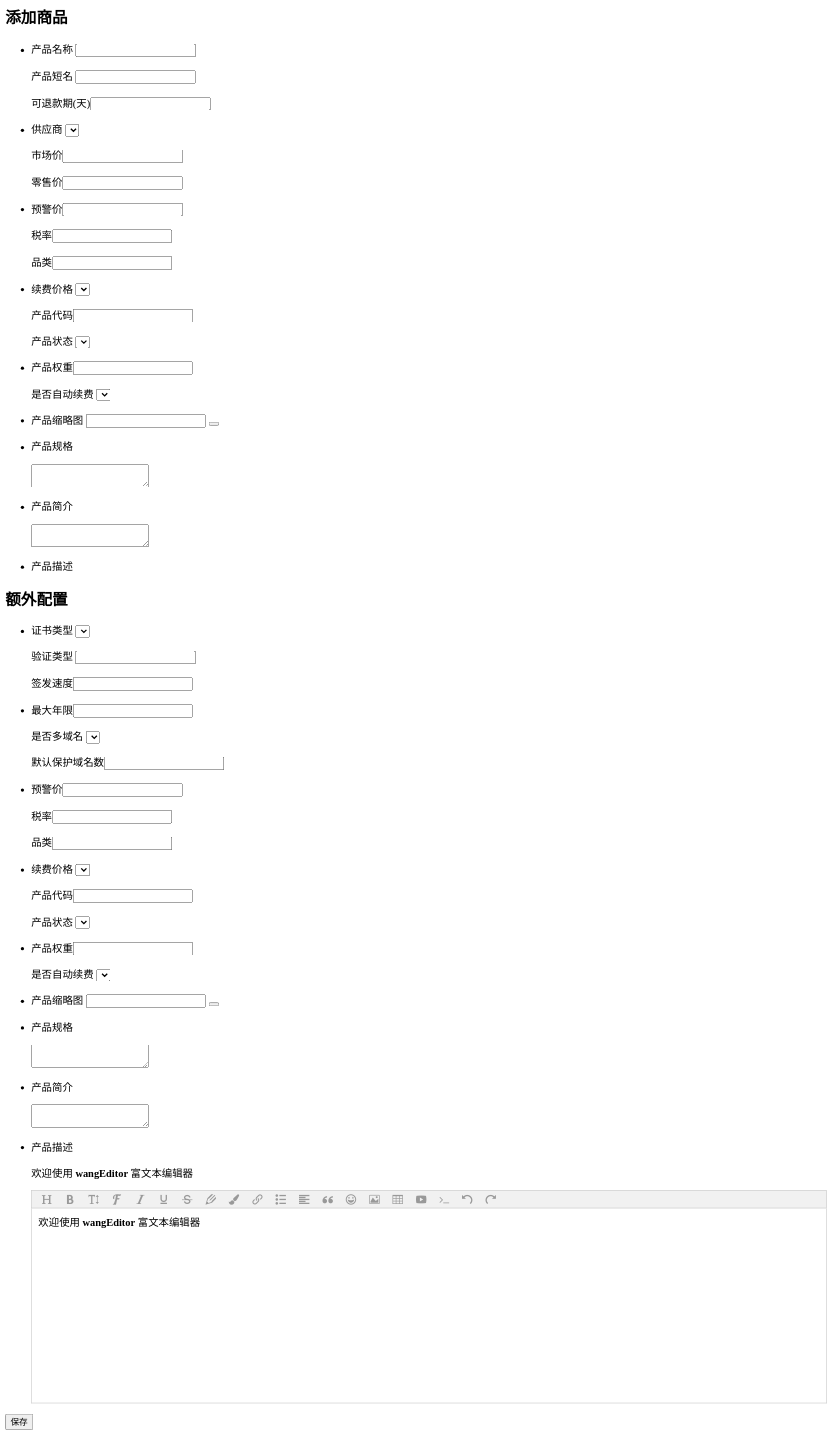
Repository: wangyan466393/racentSystem
Page: addProduct.html
These files come from the project's save history. The page is drawn as it stood at one moment and after the next save; the edit follows.
The browser window is 1280 px wide. The pictures show the whole page, at 65% of full size.

Above is the page before, as saved 2020-08-19 21:48:10.

### addProduct.html
<div id="content_box">
    <h2>添加商品</h2>
    <div class="config_box">
        <div class="price_content">
            <ul>
                <li>
                    <p>
                        <span>产品名称</span>
                        <input type="text" >
                    </p>
                    <p>
                        <span>产品短名</span>
                        <input type="text" >
                    </p>
                    <p>
                        <span>可退款期(天)</span><input type="number" >
                    </p>
                </li>
                <li>
                    <p>
                        <span>供应商</span>
                        <select name="" id="" class="sel">
                            <option value=""></option>
                        </select>
                    </p>
                    <p>
                        <span>市场价</span><input type="number" >
                    </p>
                    <p>
                        <span>零售价</span><input type="number" >
                    </p>
                </li>
                <li>
                    <p>
                        <span>预警价</span><input type="number" >
                    </p>
                    <p>
                        <span>税率</span><input type="number" >
                    </p>
                    <p>
                        <span>品类</span><input type="text" >
                    </p>
                </li>
                <li>
                    <p>
                        <span>续费价格</span>
                        <select name="" id="" class="sel">
                            <option value=""></option>
                        </select>
                    </p>
                    <p>
                        <span>产品代码</span><input type="text" >
                    </p>
                    <p>
                        <span>产品状态</span>
                        <select name="" id="" class="sel">
                            <option value=""></option>
                        </select>
                    </p>
                </li>
                <li>

                    <p>
                        <span>产品权重</span><input type="text">
                    </p>
                    <p>
                        <span>是否自动续费</span>
                        <select name="" id="" class="sel">
                            <option value=""></option>
                        </select>
                    </p>
                    <p></p>
                </li>
                <li>
                    <p class="thumb_box">
                        <span>产品缩略图</span>
                        <label class="input_group">
                            <input type="text" class="form-control">
                            <span class="input-group-btn">
                                <button type="button" class="btn"></button>
                            </span>
                        </label>
                    </p>
                </li>
                <li>
                    <p> <span>产品规格</span></p>
                    <textarea class="e_content description"></textarea>
                </li>
                <li>
                    <p> <span>产品简介</span></p>
                    <textarea class="e_content description"></textarea>

                </li>
                <li>
                    <p> <span>产品描述</span></p>
                    <div id="editor" style="width: 100%;">
                        <p>欢迎使用 <b>wangEditor</b> 富文本编辑器</p>
                    </div>

                </li>
            </ul>
        </div>
    </div>

    <h2>额外配置</h2>
    <div class="config_box">
        <div class="price_content">
            <ul>
                <li>
                    <p>
                        <span>证书类型</span>
                        <select name="" id="" class="sel">
                            <option value=""></option>
                        </select>
                    </p>
                    <p>
                        <span>验证类型</span>
                        <input type="text" >
                    </p>
                    <p>
                        <span>签发速度</span><input type="text" >
                    </p>
                </li>
                <li>

                    <p>
                        <span>最大年限</span><input type="text" >
                    </p>
                    <p>
                        <span>是否多域名</span>
                        <select name="" id="" class="sel">
                            <option value=""></option>
                        </select>
                    </p>
                    <p>
                        <span>默认保护域名数</span><input type="text" >
                    </p>
                </li>
                <li>
                    <p>
                        <span>预警价</span><input type="number" >
                    </p>
                    <p>
                        <span>税率</span><input type="number" >
                    </p>
                    <p>
                        <span>品类</span><input type="text" >
                    </p>
                </li>
                <li>
                    <p>
                        <span>续费价格</span>
                        <select name="" id="" class="sel">
                            <option value=""></option>
                        </select>
                    </p>
                    <p>
                        <span>产品代码</span><input type="text" >
                    </p>
                    <p>
                        <span>产品状态</span>
                        <select name="" id="" class="sel">
                            <option value=""></option>
                        </select>
                    </p>
                </li>
                <li>

                    <p>
                        <span>产品权重</span><input type="text">
                    </p>
                    <p>
                        <span>是否自动续费</span>
                        <select name="" id="" class="sel">
                            <option value=""></option>
                        </select>
                    </p>
                    <p></p>
                </li>
                <li>
                    <p class="thumb_box">
                        <span>产品缩略图</span>
                        <label class="input_group">
                            <input type="text" class="form-control">
                            <span class="input-group-btn">
                                <button type="button" class="btn"></button>
                            </span>
                        </label>
                    </p>
                </li>
                <li>
                    <p> <span>产品规格</span></p>
                    <textarea class="e_content description"></textarea>
                </li>
                <li>
                    <p> <span>产品简介</span></p>
                    <textarea class="e_content description"></textarea>

                </li>
                <li>
                    <p> <span>产品描述</span></p>
                    <div id="editor" style="width: 100%;">
                        <p>欢迎使用 <b>wangEditor</b> 富文本编辑器</p>
                    </div>

                </li>
            </ul>
        </div>
    </div>
</div>
<div class="email_back_btn">
    <button type="button">保存</button>
</div>







<script src="js/wangEditor.min.js"></script>

<script>

    var E = window.wangEditor
    var editor = new E('#editor')
    // 或者 var editor = new E( document.getElementById('editor') )
    editor.customConfig.menus = [
        'head',  // 标题
        'bold',  // 粗体
        'fontSize',  // 字号
        'fontName',  // 字体
        'italic',  // 斜体
        'underline',  // 下划线
        'strikeThrough',  // 删除线
        'foreColor',  // 文字颜色
        'backColor',  // 背景颜色
        'link',  // 插入链接
        'list',  // 列表
        'justify',  // 对齐方式
        'quote',  // 引用
        'emoticon',  // 表情
        'image',  // 插入图片
        'table',  // 表格
        'video',  // 插入视频
        'code',  // 插入代码
        'undo',  // 撤销
        'redo'  // 重复
    ]
    editor.create()
</script>

Loaded but not shown: js/wangEditor.min.js (library)

After the next save:
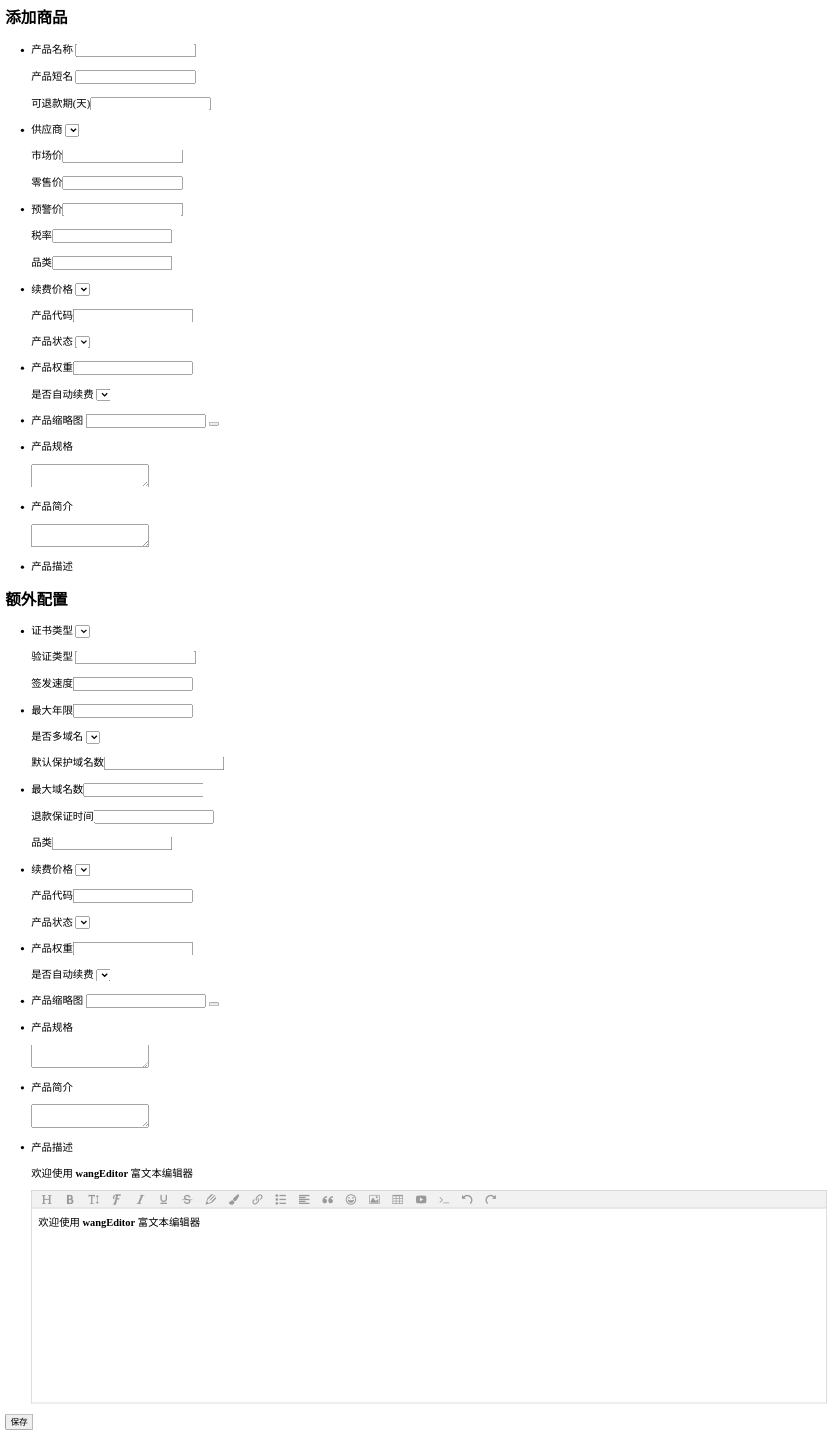
Saved 32 s later.
--- a/addProduct.html
+++ b/addProduct.html
@@ -138,10 +138,10 @@
                 </li>
                 <li>
                     <p>
-                        <span>预警价</span><input type="number" >
-                    </p>
-                    <p>
-                        <span>税率</span><input type="number" >
+                        <span>最大域名数</span><input type="text" >
+                    </p>
+                    <p>
+                        <span>退款保证时间</span><input type="text" >
                     </p>
                     <p>
                         <span>品类</span><input type="text" >
